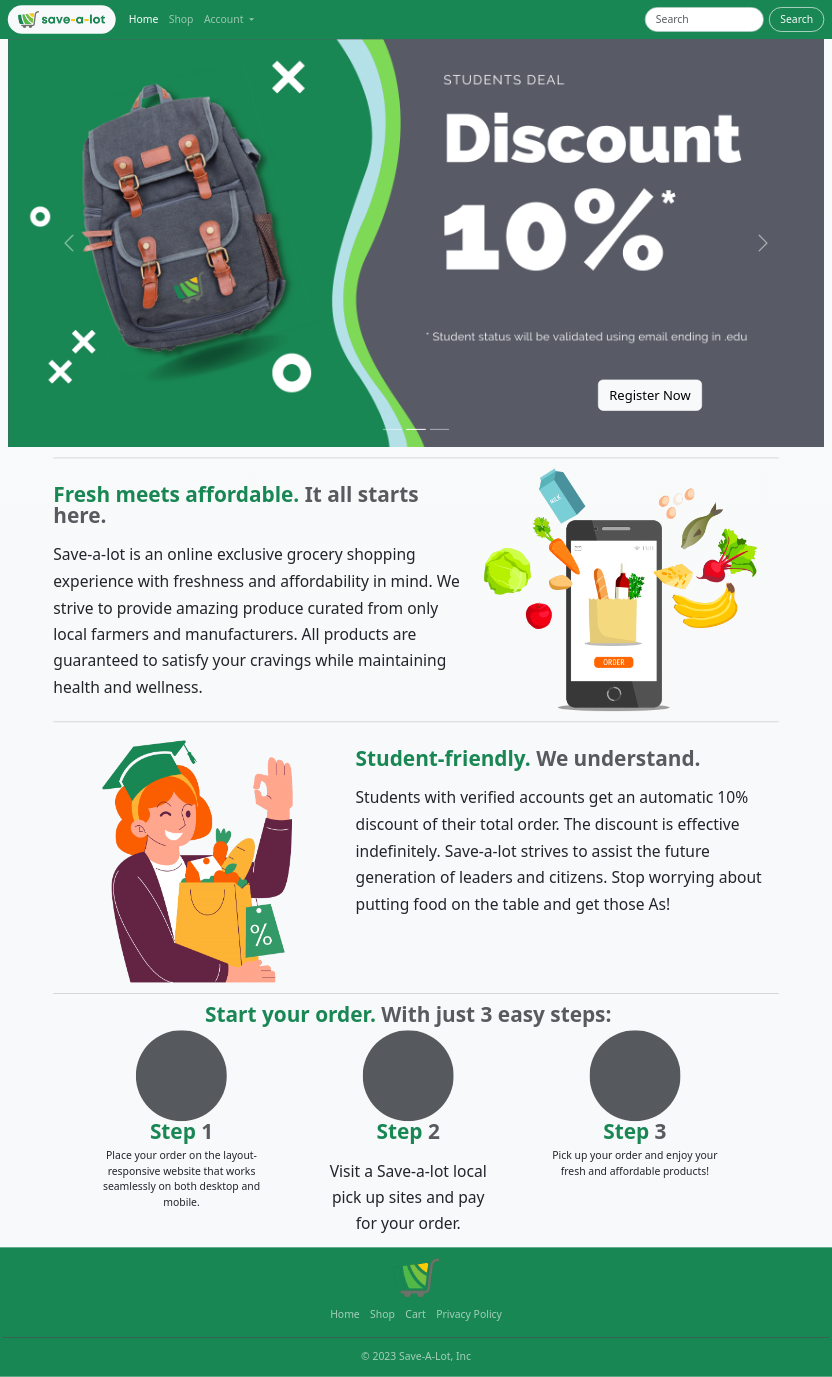
Repository: bill071194/savealot
Page: http://localhost/index
The author's editor kept a record of every edit. The page is drawn from the files as they stood at one moment, then again after the next edit.
The browser window is 1280 px wide. The pictures show the whole page, at 65% of full size.
The page is served by the project's Laravel application, run on PHP 8.4 with Laravel 10. The database holds what the project's SQL file puts in it.

Above is the page before.

After the next edit:
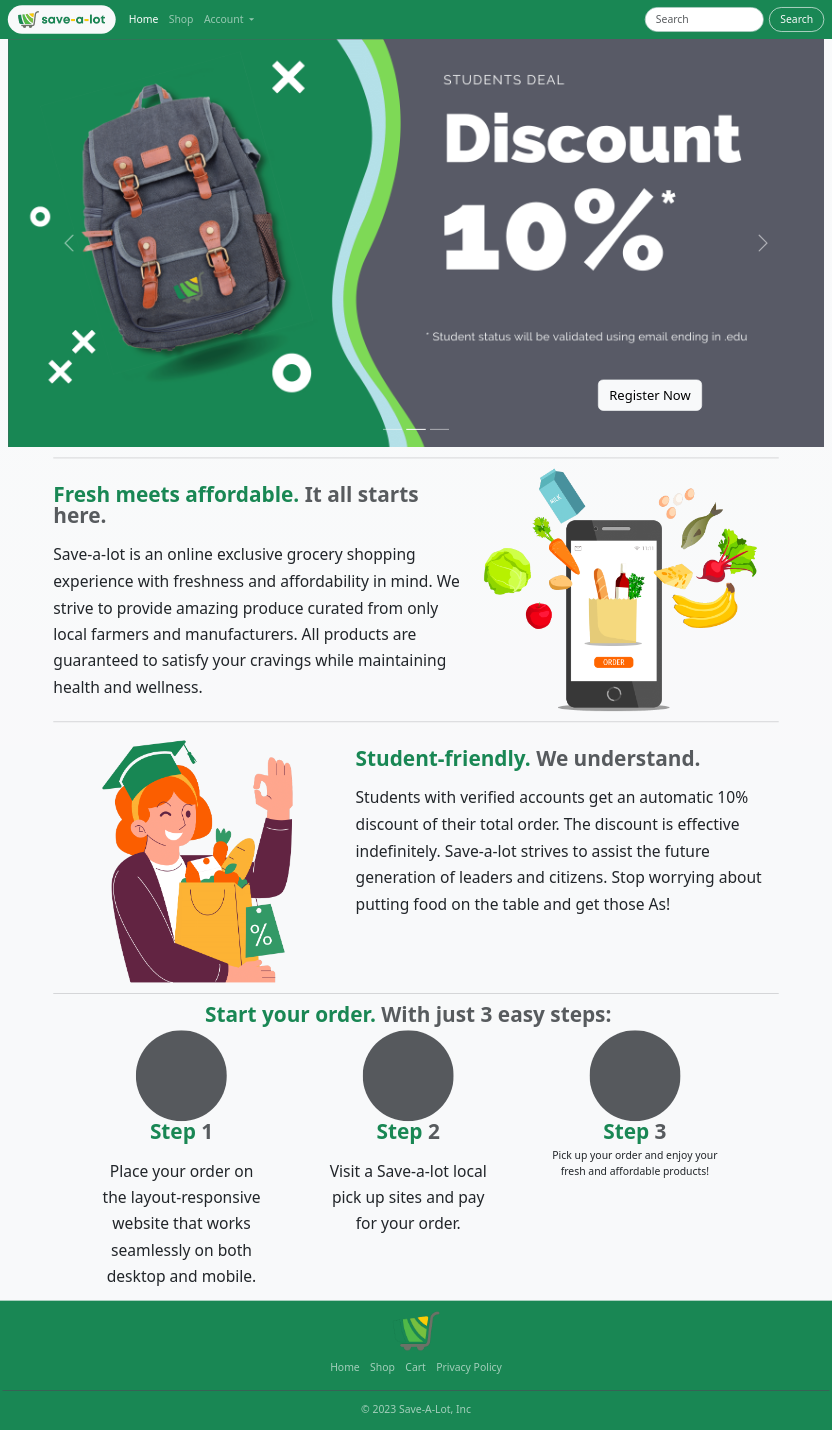
The edit:
--- a/savealot/resources/views/index.blade.php
+++ b/savealot/resources/views/index.blade.php
@@ -86,7 +86,7 @@
       <div class="col-lg-3 text-center">
         <svg class="bd-placeholder-img rounded-circle" width="140" height="140" xmlns="http://www.w3.org/2000/svg" role="img" aria-label="Placeholder" preserveAspectRatio="xMidYMid slice" focusable="false"><title>Placeholder</title><rect width="100%" height="100%" fill="var(--bs-secondary-color)"></rect></svg>
         <h2 class="featurette-heading fw-bold lh-1 text-success text-center">Step <span class="text-body-secondary">1</span></h2>
-        <p>Place your order on the layout-responsive website that works seamlessly on both desktop and mobile.</p>
+        <p class="lead">Place your order on the layout-responsive website that works seamlessly on both desktop and mobile.</p>
       </div><!-- /.col-lg-4 -->
       <div class="col-lg-3 text-center">
         <svg class="bd-placeholder-img rounded-circle" width="140" height="140" xmlns="http://www.w3.org/2000/svg" role="img" aria-label="Placeholder" preserveAspectRatio="xMidYMid slice" focusable="false"><title>Placeholder</title><rect width="100%" height="100%" fill="var(--bs-secondary-color)"></rect></svg>
